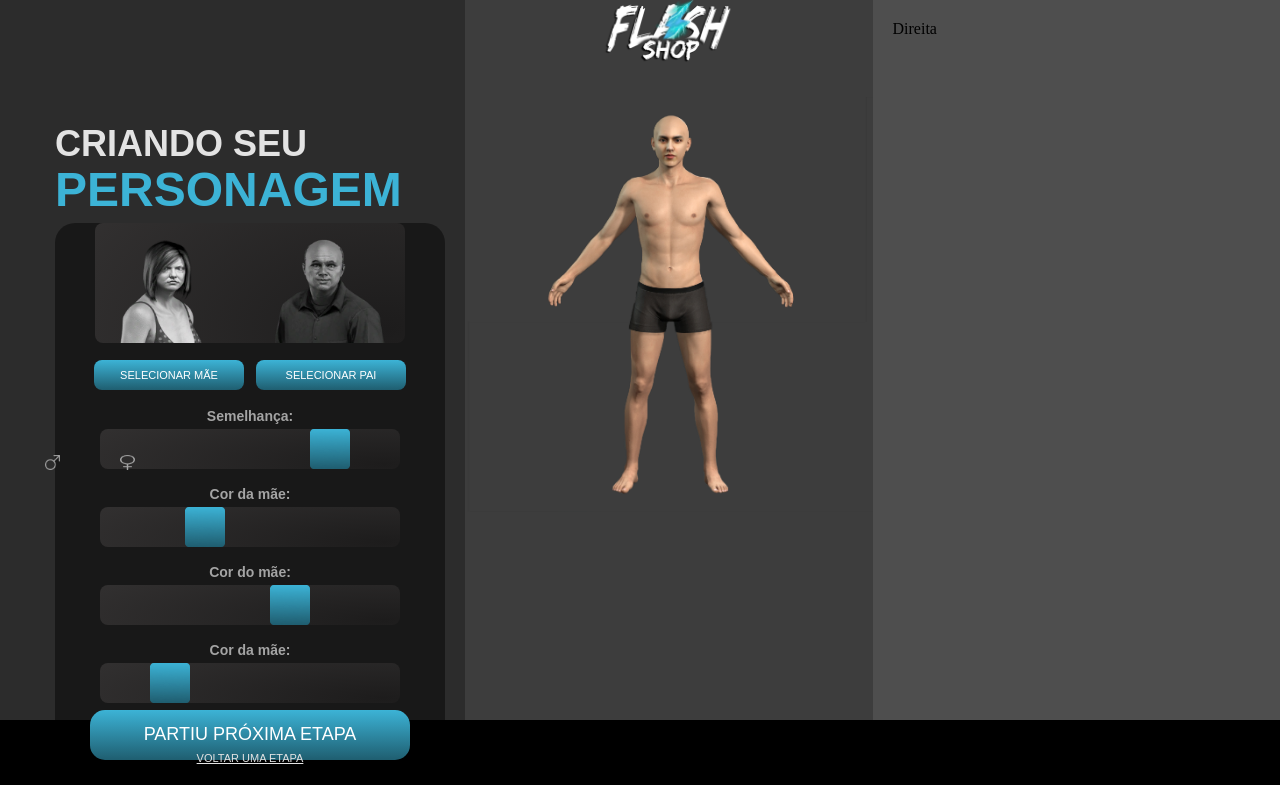
Repository: DuMCorrea/CriandoPerso
Page: index.html
The author's editor kept a copy of each file at every save. The page is drawn from the files as they stood at one save, then again after the next save.
The browser window is 1280 px wide. The pictures show the whole page.

Above is the page before, as saved 2024-08-29 15:38:40.

After the next save:
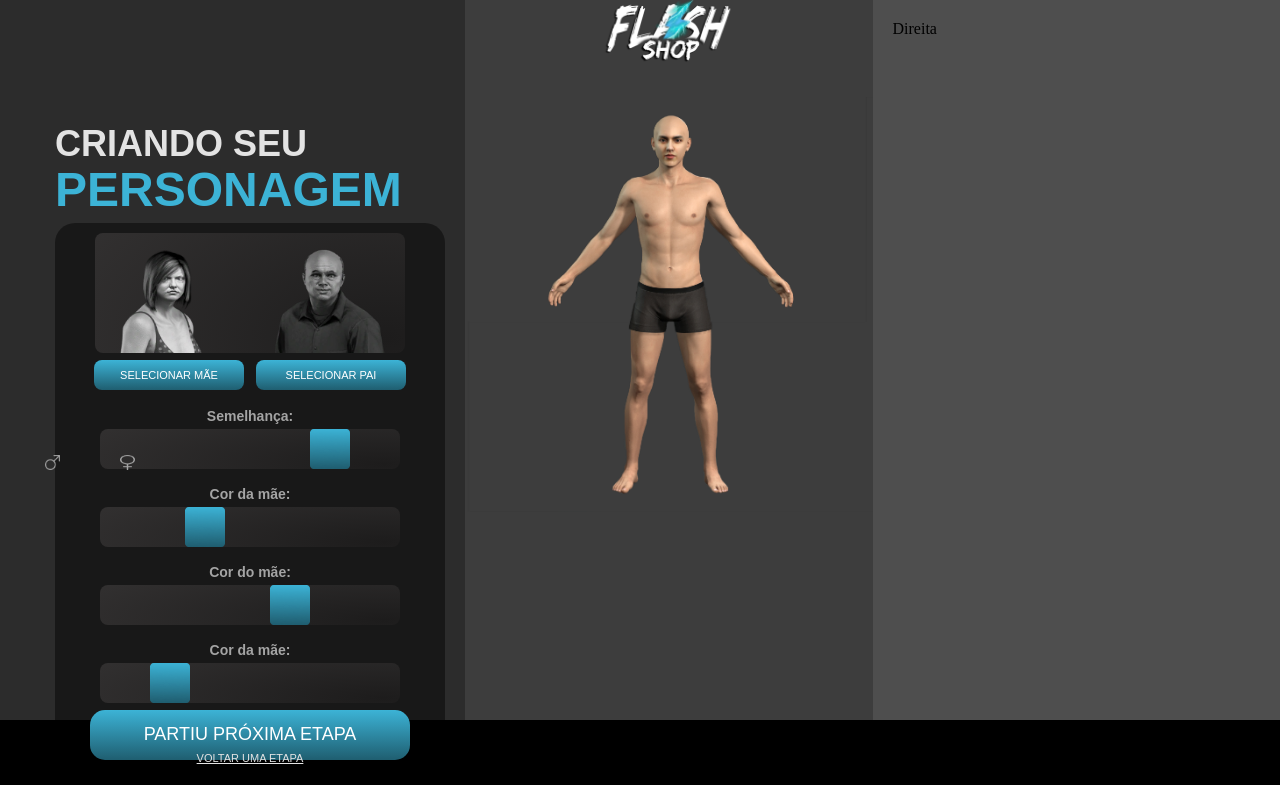
Saved 36 s later.
--- a/styles.css
+++ b/styles.css
@@ -242,6 +242,8 @@
     justify-content: space-between; /* Espaça as imagens igualmente */
     align-items: center; /* Centraliza verticalmente */
     padding: 0 10px; /* Espaçamento lateral interno */
+    position: relative;
+    top: 10px;
 }
 
 .rectangle-image {
